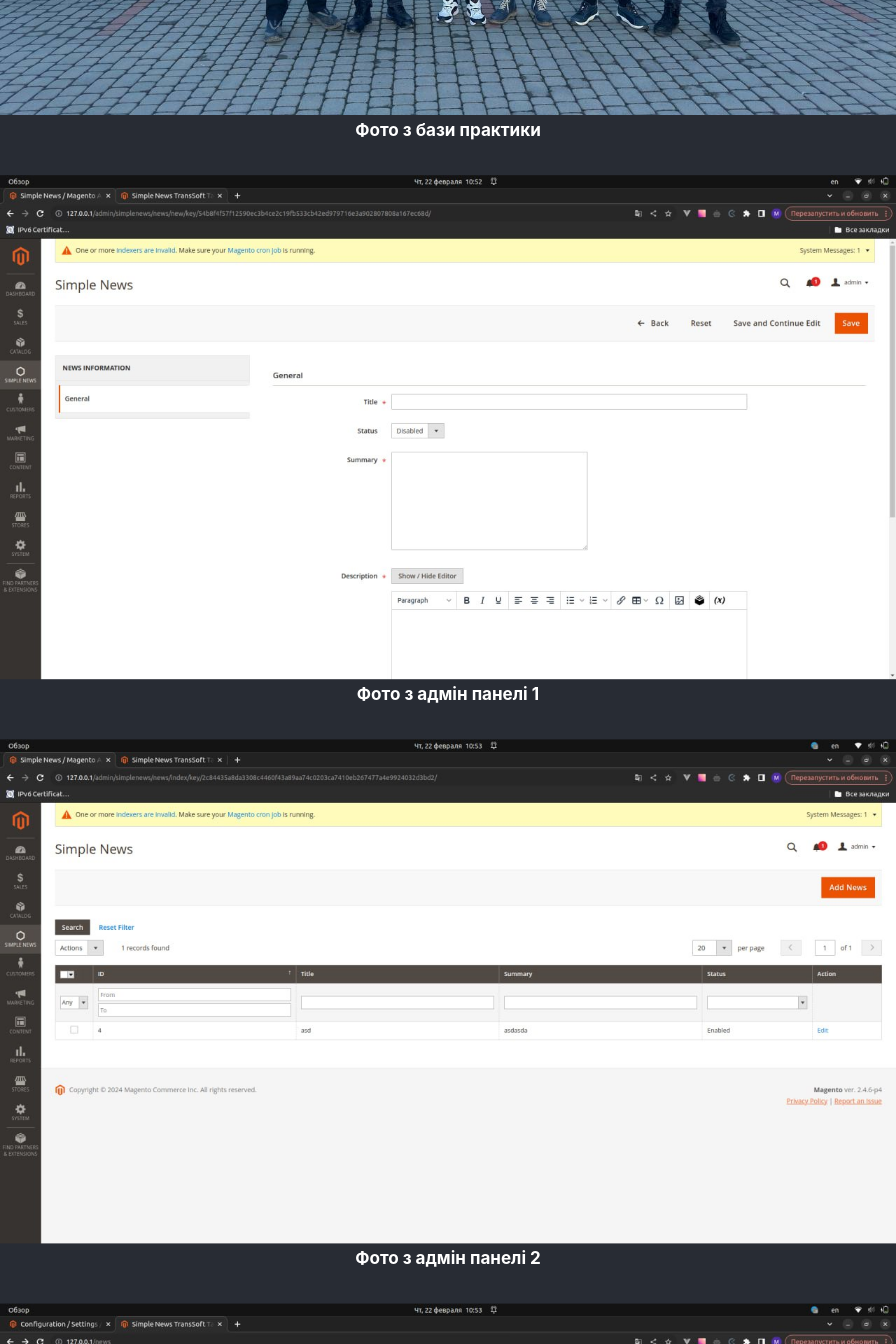
Repository: rutsguifd/prac-report
Page: /
An editor plug-in stored every save of this project. The page is shown before and after the next save, followed by the edit.
The browser window is 1280 px wide. The pictures show the part of the page from y = 1206 to 3126 px (the page is 4244 px tall before and 4524 px after), at 70% of full size.
The project was rebuilt for these pictures with package versions that can differ from the ones it lists, and the page was loaded fresh each time.

Above is the page before, as saved 2024-02-22 13:42:40.

### src/App.js
import "./App.css";
import IM1 from "./assets/im1.jpg";
import IM2 from "./assets/im2.jpg";
import IM3 from "./assets/im3.jpg";
import PR from "./assets/pr.jpg";

function App() {
  return (
    <div className="App">
      <header className="App-header">
        <div style={{ margin: "50px 0" }}>Practice Report</div>
        <div>
          <b>Вступ</b>
          <div style={{ margin: "50px 0" }}>
            З 2 9 січня по 16 лютого ми проходили виробничу практику у ТОВ
            “TRANSOFT GROUP”. TRANSOFT GROUP - це компанія, яка спеціалізується
            на розробці та підтримці рішень, заснованих на Magento, щоб сприяти
            трансформації бізнесу, підвищенню клієнтського досвіду та
            операційній ефективності в різних галузях. Використовуючи передові
            технології та глибокі галузеві знання, TRANSOFT GROUP розробляє
            інноваційні рішення, які допомагають клієнтам досягти своїх
            бізнес-цілей та впевнено конкурувати на ринку.
          </div>
          <div style={{ margin: "50px 0" }}>
            <img src={PR} alt="alt" width="100%" />
            <b>Фото з бази практики</b>
          </div>
          <div style={{ margin: "50px 0" }}>
            <img src={IM1} alt="alt" width="100%" />
            <b>Фото з адмін панелі 1</b>
          </div>
          <div style={{ margin: "50px 0" }}>
            <img src={IM2} alt="alt" width="100%" />
            <b>Фото з адмін панелі 2</b>
          </div>
          <div style={{ margin: "50px 0" }}>
            <img src={IM3} alt="alt" width="100%" />
            <b>Фото з вебсайту</b>
          </div>
          <b>Висновок</b>
          <div style={{ margin: "50px 0" }}>
            З 29 січня по 16 лютого ми проходили виробничу практику. Темою
            практики була розробка модулю із використанням LAMP. У цьому звіті
            підведені підсумки роботи за період проходження виробничої практики.
            На проекті було використано такі технології: Apache, Magento 2,
            composer, ElasticSearch, MySQL, PHP. Дана виробнича практика була
            для мене надзвичайно корисною. Протягом виробничої практики я
            удосконалив свої знання та навички використання вище описаних
            модулів. Я розробив адмінську панель з можливістю створення сторінки
            новин, підтягнув свої знання і практичні навички у використанні
            Magento та створенням архітектури проекту. Отже, виробнича практика
            була для мене корисною та цікавою.
          </div>
        </div>
      </header>
    </div>
  );
}

export default App;

Loaded but not shown: public/index.html (common file); src/index.js (common file); src/index.css (common file); src/App.css (common file)

After the next save:
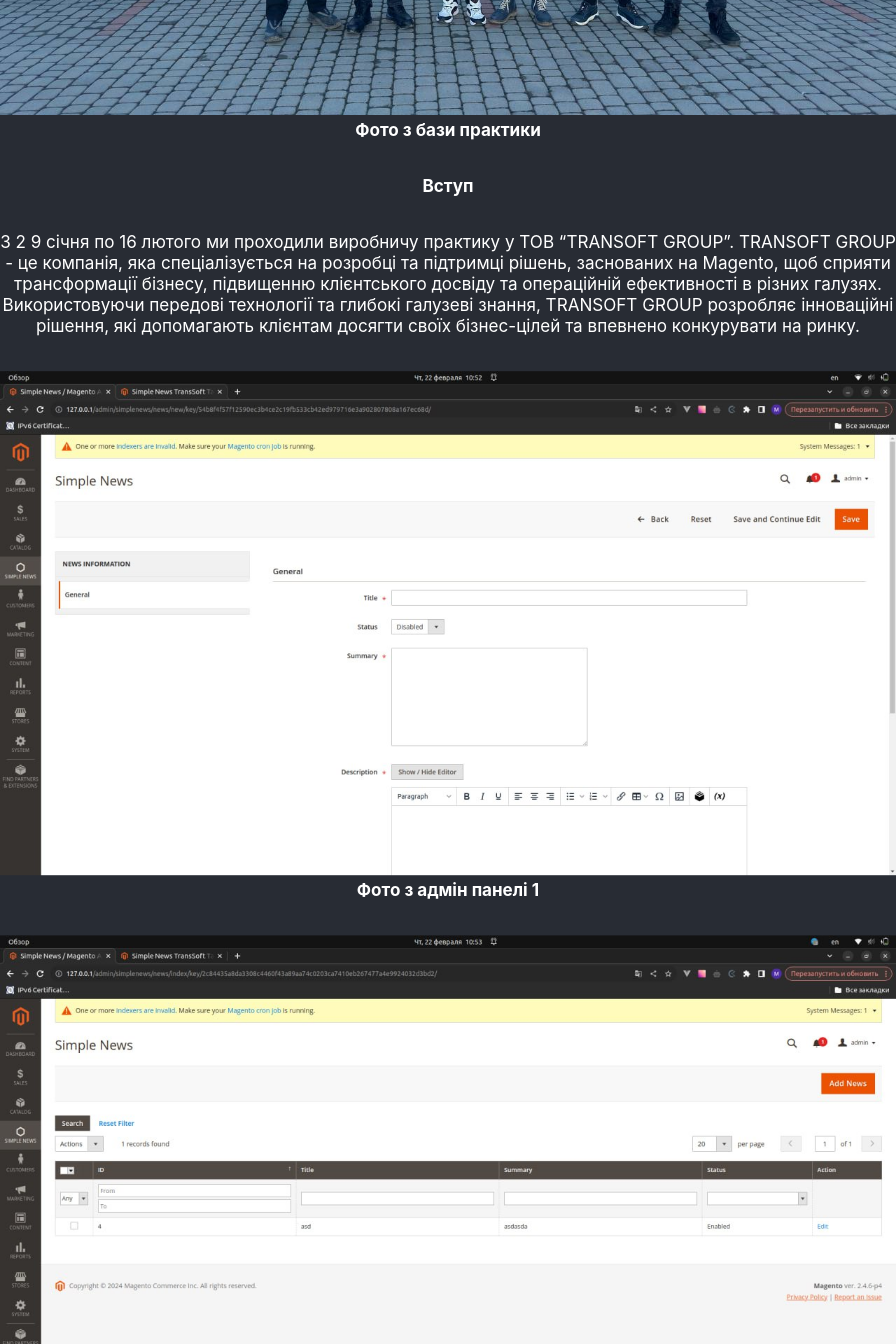
Saved 27 s later.
--- a/src/App.js
+++ b/src/App.js
@@ -24,6 +24,17 @@
           <div style={{ margin: "50px 0" }}>
             <img src={PR} alt="alt" width="100%" />
             <b>Фото з бази практики</b>
+          </div>
+          <b>Вступ</b>
+          <div style={{ margin: "50px 0" }}>
+            З 2 9 січня по 16 лютого ми проходили виробничу практику у ТОВ
+            “TRANSOFT GROUP”. TRANSOFT GROUP - це компанія, яка спеціалізується
+            на розробці та підтримці рішень, заснованих на Magento, щоб сприяти
+            трансформації бізнесу, підвищенню клієнтського досвіду та
+            операційній ефективності в різних галузях. Використовуючи передові
+            технології та глибокі галузеві знання, TRANSOFT GROUP розробляє
+            інноваційні рішення, які допомагають клієнтам досягти своїх
+            бізнес-цілей та впевнено конкурувати на ринку.
           </div>
           <div style={{ margin: "50px 0" }}>
             <img src={IM1} alt="alt" width="100%" />
